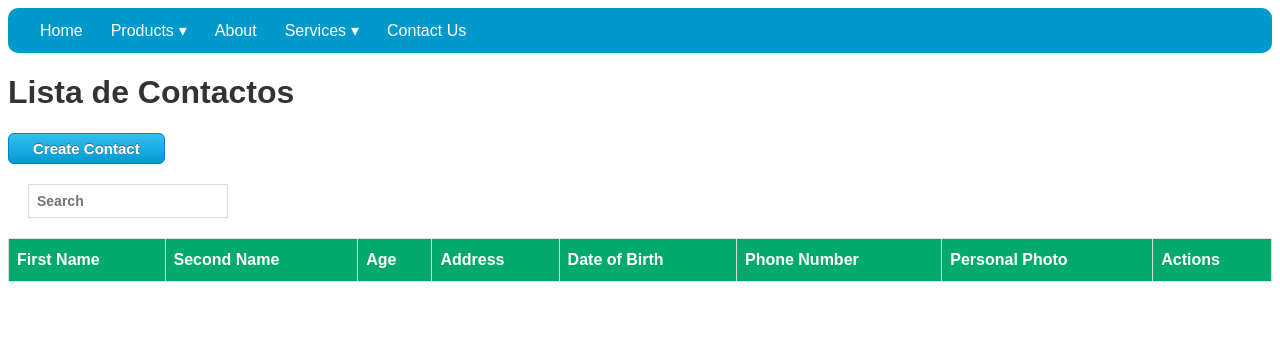
Repository: fgala1619/frontSistGestionBank
Page: index.html
The author's editor kept a copy of each file at every save. The page is drawn from the files as they stood at one save, then again after the next save.
The browser window is 1280 px wide. The pictures show the whole page.
The page's requests for data from a server got no answer.

Above is the page before, as saved 2023-07-27 21:01:41.

After the next save:
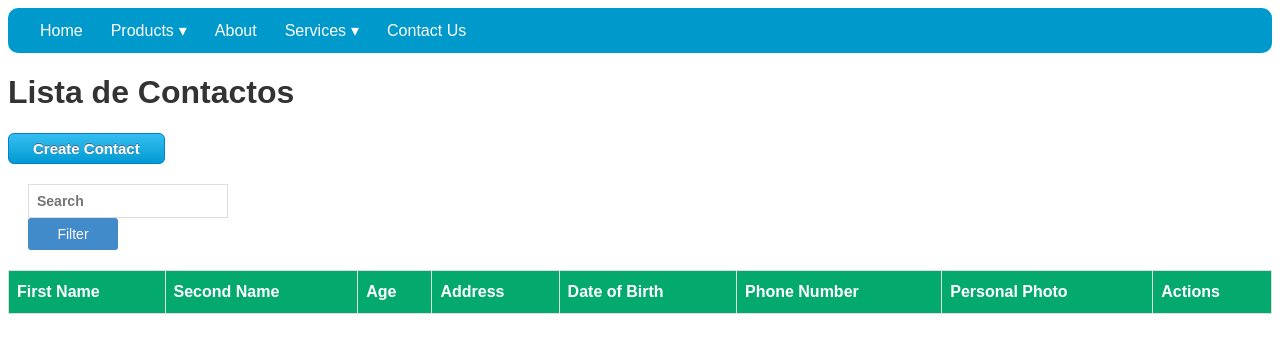
Saved 22 s later.
--- a/index.html
+++ b/index.html
@@ -35,8 +35,8 @@
 
 <div class="modal-body">
       <input id="txtBuscar" type="text" placeholder="Search" size="30" /><br/>
+      <a href="#" onclick="save()" class="btn" id="btn_ingresar">Filter</a>
 </div>
-
 
 <table id="customers">
   <thead>
